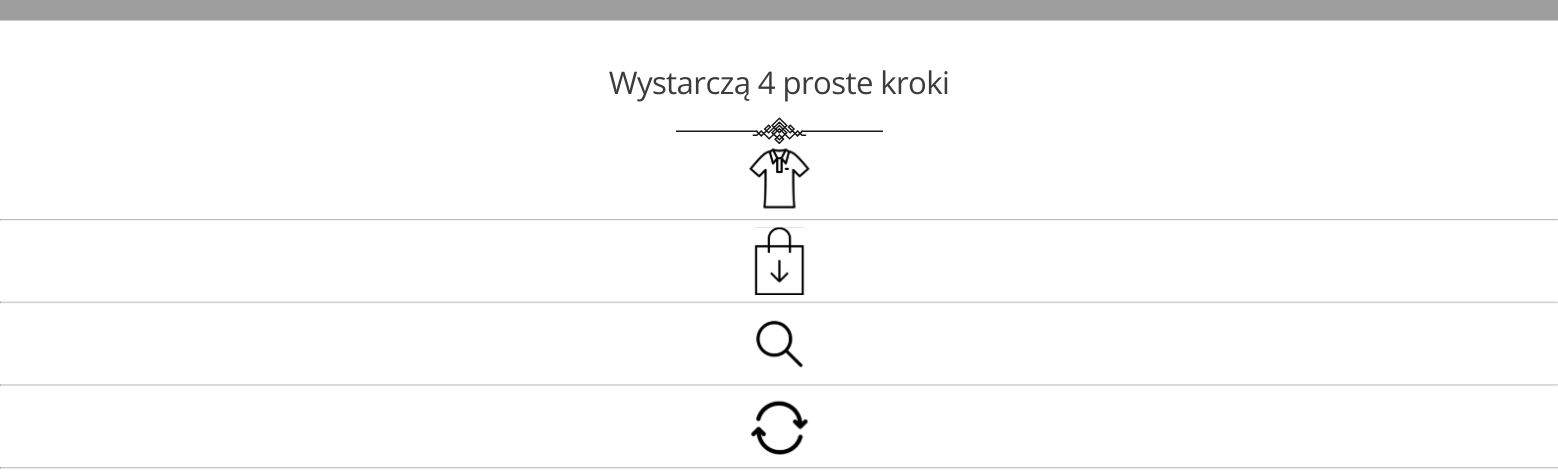
Repository: tomekwoojcik/oddam-w-dobre-rence
Page: /
These files come from the project's save history. The page is drawn as it stood at one moment and after a run of saves; the edit follows.
The browser window is 1280 px wide. The page is 1900 px wide, so the pictures cover 1900 px, including what lies to the right of the window. The pictures show the part of the page from y = 1322 to 1966 px (the page is 1902 px tall before and 1966 px after), at 82% of full size.
Pictures or frames that could not be fetched are drawn as grey boxes. The project was rebuilt for these pictures with package versions that can differ from the ones it lists, and the page was loaded fresh each time. Also part of the build but not shown: src/pages/logIn/logIn.js, src/pages/register/register.js.

Above is the page before, as saved 2022-12-07 20:29:10.

After the next 6 saves:
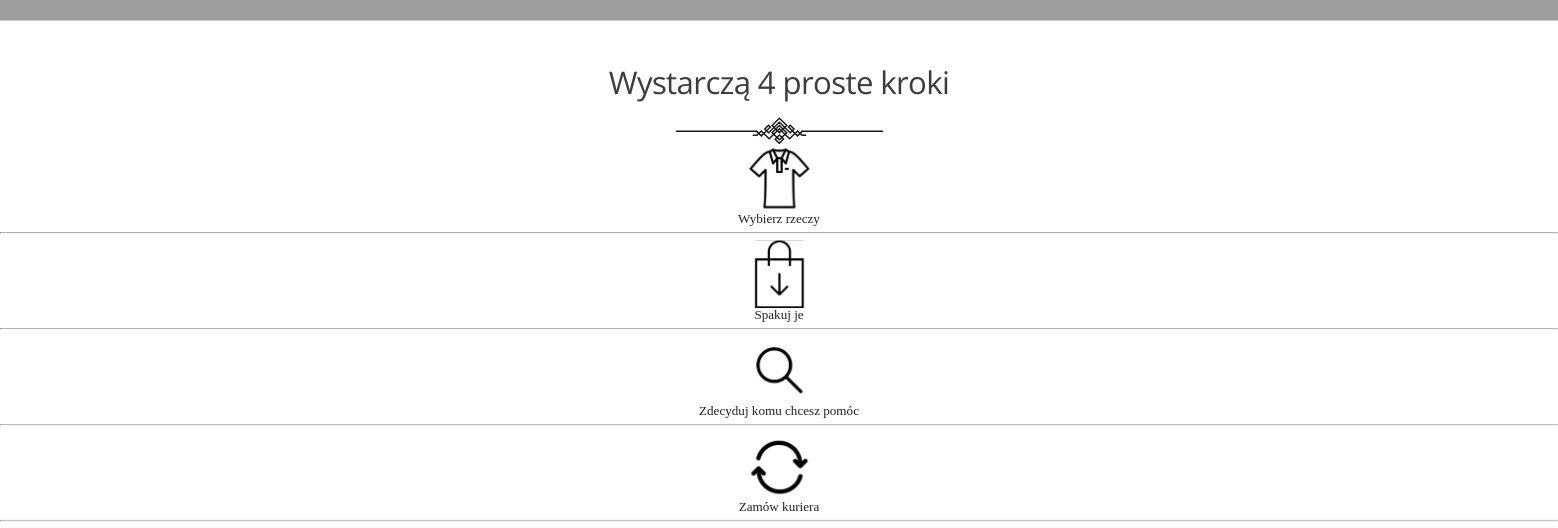
The 6 saves are shown as one change because 5 did not build or start.
The last was saved 2 min 17 s later.
--- a/src/components/molecules/simpleStepsBar/simpleStepsBar.js
+++ b/src/components/molecules/simpleStepsBar/simpleStepsBar.js
@@ -8,10 +8,10 @@ import IconFou from '../../../assets/Icon-4.svg'
 const SimpleStepsBar = () => {
   return (
         <div className='simpleStepsBar'>
-            <SimpleStepsColumn source={IconOne} />
-          <SimpleStepsColumn source={IconSec} />
-          <SimpleStepsColumn source={IconThr} />
-          <SimpleStepsColumn source={IconFou} />
+            <SimpleStepsColumn source={IconOne} simpleStepsColumnTitle={'Wybierz rzeczy'} simpleStepsColumnText={''} />
+          <SimpleStepsColumn source={IconSec} simpleStepsColumnTitle={'Spakuj je'} simpleStepsColumnText={''} />
+          <SimpleStepsColumn source={IconThr} simpleStepsColumnTitle={'Zdecyduj komu chcesz pomóc'} simpleStepsColumnText={''} />
+          <SimpleStepsColumn source={IconFou} simpleStepsColumnTitle={'Zamów kuriera'} simpleStepsColumnText={''} />
         </div>
   )
 }
